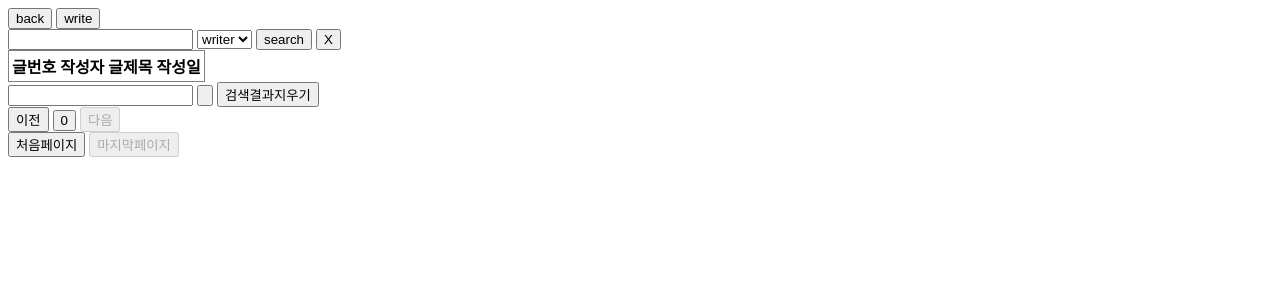
Repository: phoresis92/KITRI-spring
Page: http://localhost/springWeb/WEB-INF/views/board/list.jsp
These files come from the project's save history. The page is drawn as it stood at one moment and after the next save; the edit follows.
The browser window is 1280 px wide. The pictures show the whole page.
The page is served by Tomcat 9. Nobody is signed in. Other server files are loaded and not shown. The template is opened directly, without the code that normally fills it, so the values that code supplies are empty.

Above is the page before, as saved 2019-01-28 05:40:01.

### springWeb/src/main/webapp/WEB-INF/views/board/list.jsp
<%@page import="com.kitri.app1.board.Article"%>
<%@page import="java.util.ArrayList"%>
<%@ page language="java" contentType="text/html; charset=UTF-8"
    pageEncoding="UTF-8"%>
<%@ taglib prefix="c" uri="http://java.sun.com/jsp/jstl/core"%>
<%@ taglib uri="http://java.sun.com/jsp/jstl/functions" prefix="fn" %>
<!DOCTYPE html>
<html>
<head>
<meta charset="UTF-8">
<title>Insert title here</title>

<c:set var="list" value="${ list }" />
<%

	ArrayList<Article> list = (ArrayList) request.getAttribute("list");


%>

<script src="https://ajax.googleapis.com/ajax/libs/jquery/3.3.1/jquery.min.js"></script>
<script>


function search(){

	if($('#key').val() == ''){
		alert('검색어를 입력하세요!');
		return;
	}

	var what = $('#what').val();
	var ur = '';
	if(what== 'writer'){
		ur = 'http://localhost/app1/board/search/writer';
	}else if(what == 'title'){
		ur = 'http://localhost/app1/board/search/title';
	}

	$.ajax({
		'type': 'post',
		'url': ur,
		data:{
			key: $('#key').val()
		},
		success: function(data){

			var list = JSON.parse(data);
			//console.log(list);
			$('#list').empty();
			$('#paging').empty();
			for(var a in list){
				//console.log(list[a]);
				$('<tr class="pre_view" num="'+list[a].num+'"></tr>').attr('id',list[a].num).appendTo($('#list'));
				$('<td></td>').text(list[a].num).appendTo($('#'+list[a].num+''))
				$('<td></td>').text(list[a].writer).appendTo($('#'+list[a].num+''))
				$('<td></td>').attr('id',list[a].num+'aa').appendTo($('#'+list[a].num+''))
				$('<a></a>').attr('href','http://localhost/app1/board/detail?bnum='+list[a].num).text(list[a].title).appendTo($('#'+list[a].num+'aa'))
				$('<td></td>').text(list[a].w_date).appendTo($('#'+list[a].num+''))

			}


		}
	})//ajax end
}//search end


function btnX(){

	window.location.reload();

}

var cursorX;
var cursorY;
document.onmousemove = function(e){
    cursorX = e.pageX;
    cursorY = e.pageY;
}


/* setInterval(checkCursor, 1000);
function checkCursor(){
    console.log("Cursor at: " + cursorX + ", " + cursorY);
} */

$(document).ready(function(){

	$('.pre_view').mouseover(function(){
		var num = $(this).attr('num');
		var param = "num="+num;
		$.ajax({
			type: 'POST',
			url: '${ pageContext.request.contextPath}/board/getArticle',
			data: param,
			success: function(data){
				console.log(data);
				var obj = eval('('+data+')');
				var str = "";
				str += "num: "+obj.num;
				str += "<br/>writer: "+obj.writer;
				str += "<br/>w_data: "+obj.w_date;
				str += "<br/>title: "+obj.title;
				str += "<br/>content: "+obj.content;
				$('#pre_view_result').html(str);
				$('#pre_view_result').css("left",cursorX);
				$('#pre_view_result').css("top",cursorY);
				$('#pre_view_result').css("display","block");


			}
		});

	})//mouseover
	$('.pre_view').mouseout(function(){
		$('#pre_view_result').html('');
		$('#pre_view_result').css('display',"none");
	})




	//==============================================================================

		$('#search').click(function(){
		var w = $('#word').val();
		var type = $('input [type=radio]')
		var param = "type="+type+"&word="+w;
		$.ajax({
			type: 'POST',
			url: '${ pageContext.request.contextPath}/board/getJsonList',
			data: param,
			success: function(data){
				console.log(data);
				var obj = eval('('+data+')');
				var str = "<table border= '1'";
				str += "<tr><td>num</td><td>title</td><td>writer</td></tr>"
				for(i=0; i< arr.length; i++){
					str+= "<tr>";
					str+= "<td>"+arr[i].num+"</td>";
					str+= "<td>"+arr[i].title+"</td>";
					str+= "<td>"+arr[i].writer+"</td>";
					str+= "</tr>";

					$('#resultList').html(str);

				}


			}
		});//ajax end

		})//click end

		$('#clear').click(function(){
			$('#resultList').html('');
		})

	//==============================================================================



})



</script>

<style>

#pre_view_result{
	position: absolute;
	display: none;
	width: 300px;
	height: 200px;
	background-color: white;
	border: 1px solid black;
}

</style>

</head>
<body >


<button onclick="location.href='http://localhost/app1/member/lobby'">back</button>

<button onclick="location.href='http://localhost/app1/board/write'" >write</button> <br>

<input id="key" type="text"  >

<select id="what" >
<option value="writer">writer</option>
<option value="title">title</option>
</select>
<button onclick="search()">search</button>
<button onclick="btnX()">X</button>

<div id="pre_view_result"></div>

<table style="border:1px solid gray">
<tr >
<th>글번호</th>
<th>작성자</th>
<th>글제목</th>
<th>작성일</th>
</tr>
<tbody id="list">
<c:choose>
<c:when test="${fn:length(list) == 0 }"></c:when>
<c:otherwise>
<c:forEach var="item" begin="${ pInfo.startNum }" end="${pInfo.endNum }" items="${ list }" >


<tr class="pre_view" num="${ item.num }">
<td>
	${item.num }
</td>
<td>
	${item.writer }
</td>
<td >
	<a href="http://localhost/app1/board/detail?bnum=${item.num }">${item.title }</a>
</td>
<td>
	${item.w_date }
</td>
</tr>
</c:forEach>
</c:otherwise>
</c:choose>
</tbody>
</table>


<input type="text" id="word">
<input type="button" id="search">
<input type="button" id="clear" value="검색결과지우기">
<div id="resultList"></div>

<div id="paging">


				<c:choose>
				<c:when test="${ pInfo.page <= 1 }">

				<button disabled="disabled">이전</button>
				</c:when>

				<c:otherwise>

				<button onclick="location='board?pnum=${pInfo.page -1 }'">이전</button>

				</c:otherwise>

				</c:choose>

				<!-- ============================================================= -->

				<c:forEach var="i" begin="${pInfo.startPage}" end="${pInfo.endPage}">

					<c:choose>
					<c:when test="${i eq pInfo.page }">

					<button disabled="disabled">${ i }</button>
					</c:when>

					<c:otherwise>

					<button onclick="location='board?pnum=${ i }'">${ i }</button>

					</c:otherwise>

					</c:choose>
				</c:forEach>

				<!-- ========================== -->



				<c:choose>

				<c:when test="${ pInfo.page >= pInfo.totalPage }">

				<button disabled="disabled">다음</button>

				</c:when>

				<c:otherwise>

				<button onclick="location='board?pnum=${pInfo.page +1}'">다음</button>

				</c:otherwise>

				</c:choose>

				<!-- =========================== -->
				<c:choose>
					<c:when test="${ pInfo.page eq 1 }">
				<div>
					<button disabled="disabled">처음페이지</button>
					<button onclick="location='./board?pnum=${pInfo.totalPage}'">마지막페이지</button>
				</div>
					</c:when>

					<c:when test="${ pInfo.page eq pInfo.totalPage }">
				<div>
					<button onclick="location='./board?pnum=1'">처음페이지</button>
					<button disabled="disabled" >마지막페이지</button>
				</div>
					</c:when>
					<c:otherwise>
				<div>
					<button onclick="location='./board?pnum=1'">처음페이지</button>
					<button onclick="location='./board?pnum=${pInfo.totalPage}'">마지막페이지</button>
				</div>
					</c:otherwise>
				</c:choose>

</div>



</body>
</html>

After the next save:
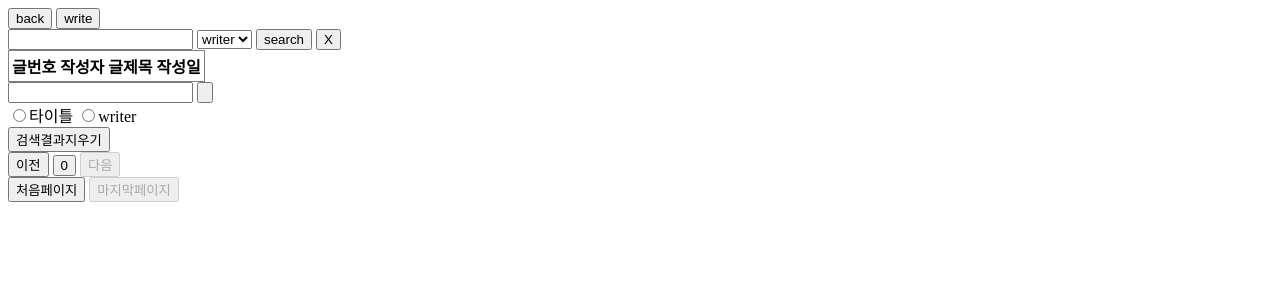
Saved 2 min 52 s later.
--- a/springWeb/src/main/webapp/WEB-INF/views/board/list.jsp
+++ b/springWeb/src/main/webapp/WEB-INF/views/board/list.jsp
@@ -125,7 +125,7 @@
 
 		$('#search').click(function(){
 		var w = $('#word').val();
-		var type = $('input [type=radio]')
+		var type = $('input:radio[name="fruit"]:checked').val();
 		var param = "type="+type+"&word="+w;
 		$.ajax({
 			type: 'POST',
@@ -236,6 +236,10 @@
 
 <input type="text" id="word">
 <input type="button" id="search">
+<form>
+<input type="radio" name="ra" value="title">타이틀
+<input type="radio" name="ra" value="writer">writer
+</form>
 <input type="button" id="clear" value="검색결과지우기">
 <div id="resultList"></div>
 
